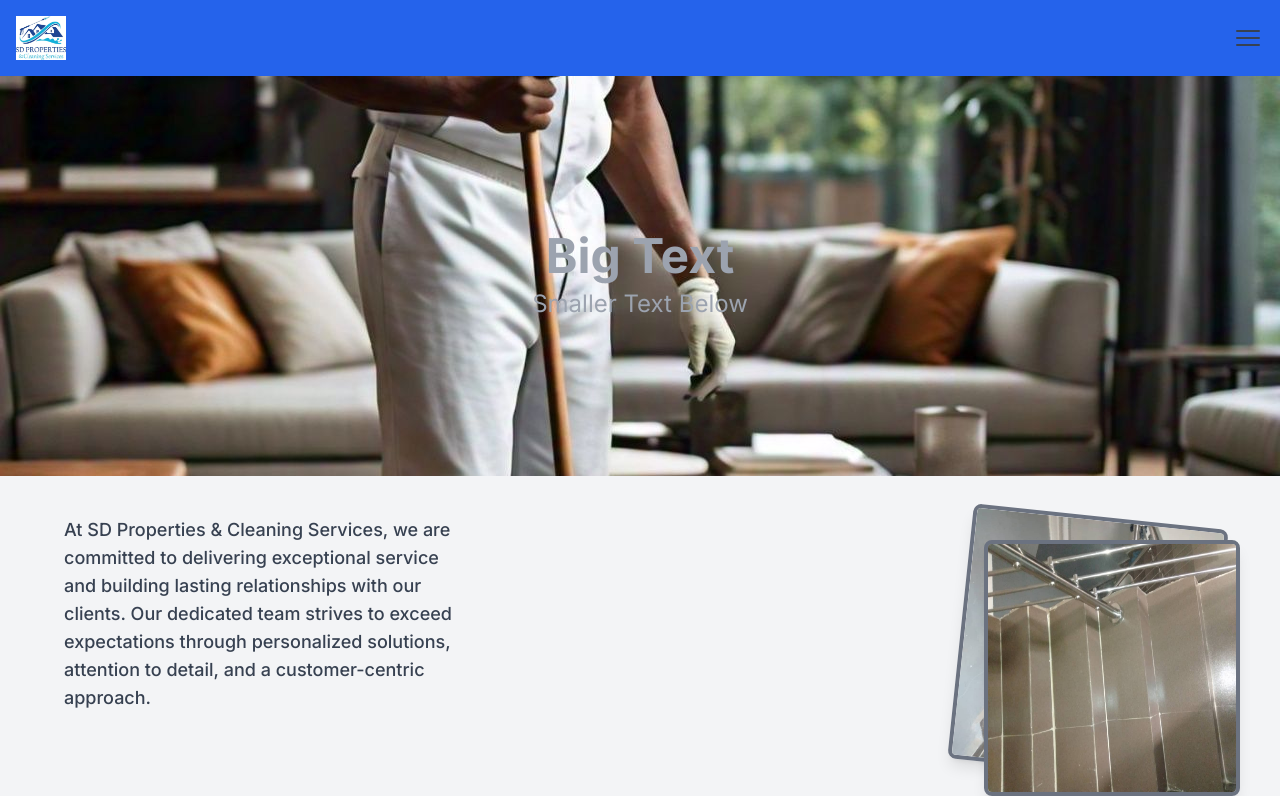
Repository: devmskhan/sdpropandclean
Page: /
An editor plug-in stored every save of this project. The page is shown before and after the next save, followed by the edit.
The browser window is 1280 px wide. The pictures show the whole page.
The project was rebuilt for these pictures with package versions that can differ from the ones it lists, and the page was loaded fresh each time. The framework's server and built-in components were replaced by stand-ins that run in the browser. Also part of the build but not shown: next.config.mjs.

Above is the page before, as saved 2024-09-03 12:16:44.

### app/layout.tsx
import type { Metadata } from "next";
import { Inter } from "next/font/google";
import "./globals.css";

const inter = Inter({ subsets: ["latin"] });

export const metadata: Metadata = {
  title: "SD Properties & Cleaning",
  description: "Provision of Houses and Cleanliness of Homes is our apex goal",
};

export default function RootLayout({
  children,
}: Readonly<{
  children: React.ReactNode;
}>) {
  return (
    <html lang="en">
      <body className={inter.className}>{children}</body>
    </html>
  );
}

### app/page.tsx
import Header from '../components/Header';
import Body from '../components/Body';

export default function Home() {
  return (
    <main className="min-h-screen bg-gray-200">
      <Header />
      <Body />
    </main>
  );
}

### components/Header.tsx
import Image from "next/image";
import { Bars3Icon } from '@heroicons/react/24/solid'


function Header() {
    return (
        <header className="sticky top-0 flex justify-between items-center p-4 bg-blue-600 shadow-md">
      {/* Logo on the top left */}
      <div className="flex items-center">
        <Image
          src="/sdlogo.jpg"
          alt="Logo"
          width={50}
          height={50}
          className="cursor-pointer"
        />
      </div>

      {/* Triple line (hamburger) icon on the top right */}
      <div className="cursor-pointer">
        <Bars3Icon className="h-8 w-8 text-gray-700" />
      </div>
    </header>
    )
}

export default Header;

### components/Body.tsx



function Body() {
    return (
        <div>
            <div className="relative w-full h-[400px] bg-cover bg-center text-gray-400"
         style={{ backgroundImage: 'url("/pic1.jpg")' }}>
      <div className="absolute inset-0 flex flex-col justify-center items-center text-center">
        {/* Larger Text */}
        <h1 className="text-5xl font-bold mb-2">
          Big Text
        </h1>
        {/* Smaller Text */}
        <p className="text-2xl">
          Smaller Text Below
        </p>
      </div>
    </div>

    <div>

    </div>

      <div className="flex justify-between p-6 bg-gray-100">
  <div className="max-w-md text-left mr-12"> {/* Increased margin-right for larger space */}
    <p className="text-lg font-medium text-gray-700 mt-4 ml-10">
      At SD Properties & Cleaning Services, we are committed to delivering exceptional service and building lasting relationships with our clients. Our dedicated team strives to exceed expectations through personalized solutions, attention to detail, and a customer-centric approach.
    </p>
  </div>
  <div className="relative mt-4 mr-10">
    <img
      src="stairsb.jpg"
      alt="Top Image"
      className="w-64 h-64 rounded-lg shadow-lg border-gray-500 border-solid border-4 transform rotate-6"
      style={{ zIndex: 10 }} // Adds a bit of depth to the rotation
    />
    <img
      src="stairsaft.jpg"
      alt="Bottom Image"
      className="absolute bottom-0 left-0 w-64 h-64 rounded-lg shadow-lg border-gray-500 border-solid border-4 transform translate-x-6 translate-y-6"
    />
  </div>
</div>


        </div>


    )
}

export default Body;

Loaded but not shown: app/globals.css (common file); tailwind.config.ts (common file)

After the next save:
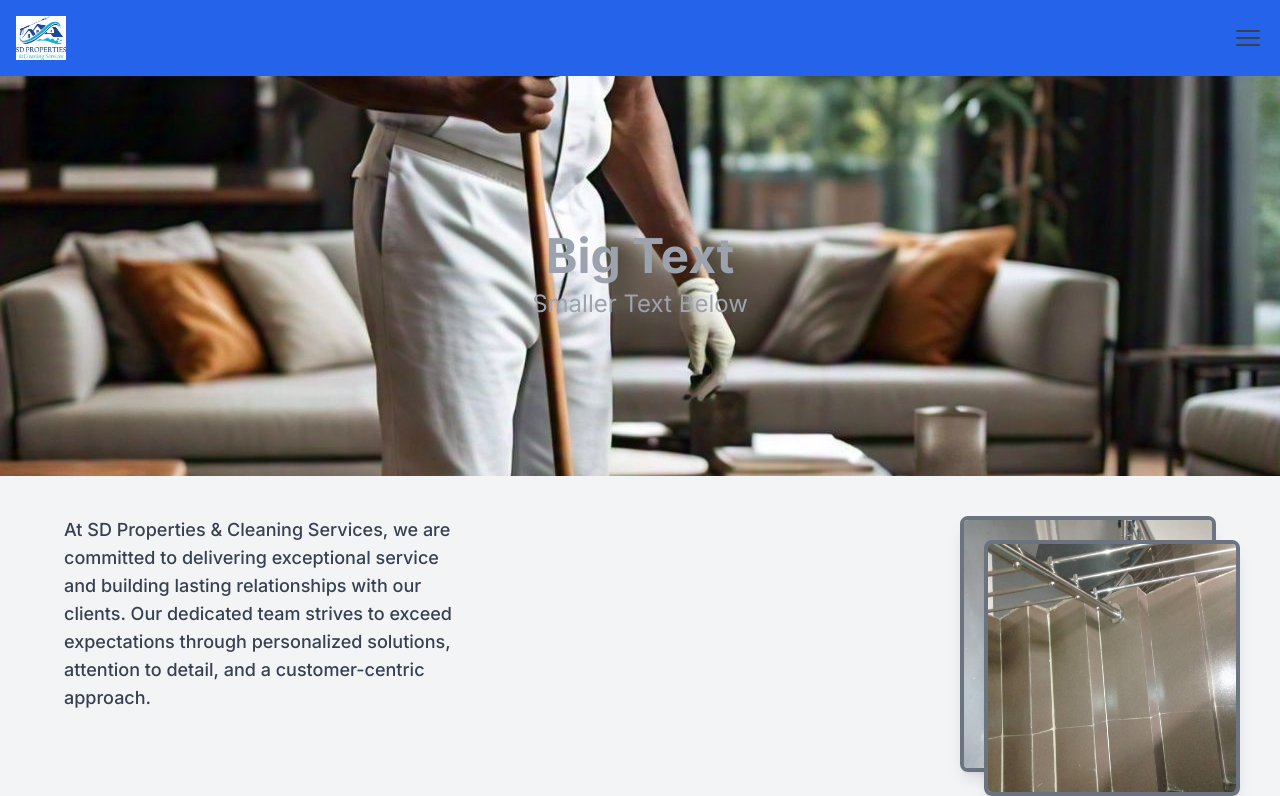
Saved 65 s later.
--- a/components/Body.tsx
+++ b/components/Body.tsx
@@ -32,7 +32,7 @@ function Body() {
     <img
       src="stairsb.jpg"
       alt="Top Image"
-      className="w-64 h-64 rounded-lg shadow-lg border-gray-500 border-solid border-4 transform rotate-6"
+      className="w-64 h-64 rounded-lg shadow-lg border-gray-500 border-solid border-4 "
       style={{ zIndex: 10 }} // Adds a bit of depth to the rotation
     />
     <img
